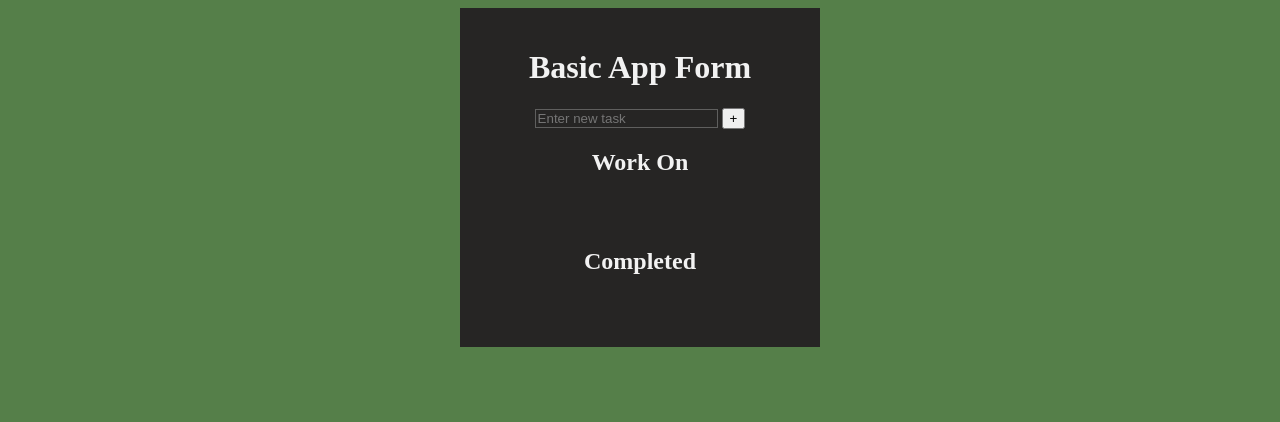
Repository: Kayla-amr/dgm_3760
Page: todoTemplate-W2/index.html
An editor plug-in stored every save of this project. The page is shown before and after the next save, followed by the edit.
The browser window is 1280 px wide. The pictures show the whole page.

Above is the page before, as saved 2022-10-17 17:06:19.
Console error: TypeError: Cannot read properties of null (reading 'addEventListener')

After the next save:
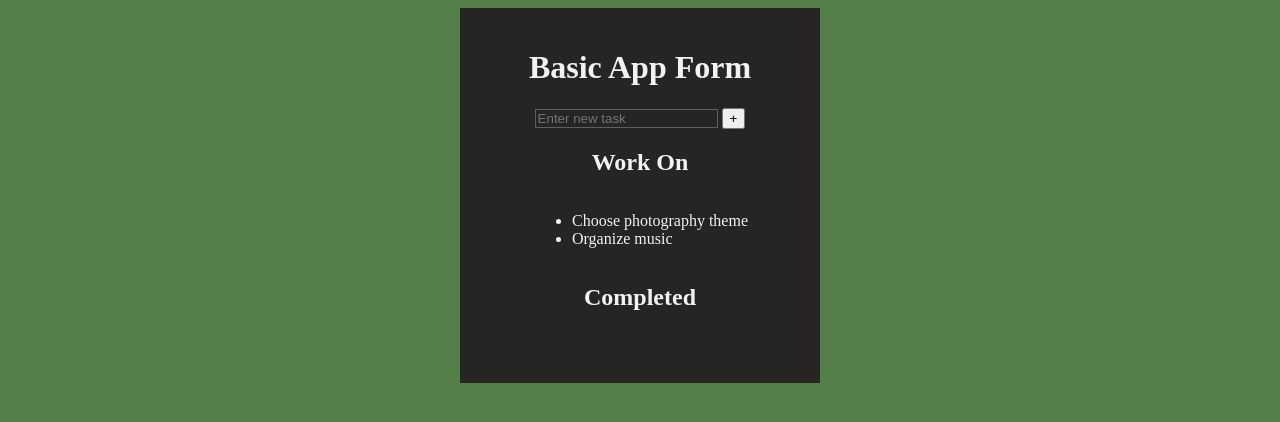
The error is gone.
Saved 17 s later.
--- a/todoTemplate-W2/index.js
+++ b/todoTemplate-W2/index.js
@@ -75,7 +75,7 @@ function deleteTask(){
 //for complete and delete event listeners you will need to listen for events on the UL
 
 //get a reference to the task container UL
-const taskUl = document.querySelector('.tasks');
+const taskUl = document.querySelector('.todoTasks');
 
 taskUl.addEventListener('click', (event) => {
 	//get the id of the todo that the user clicked on.
